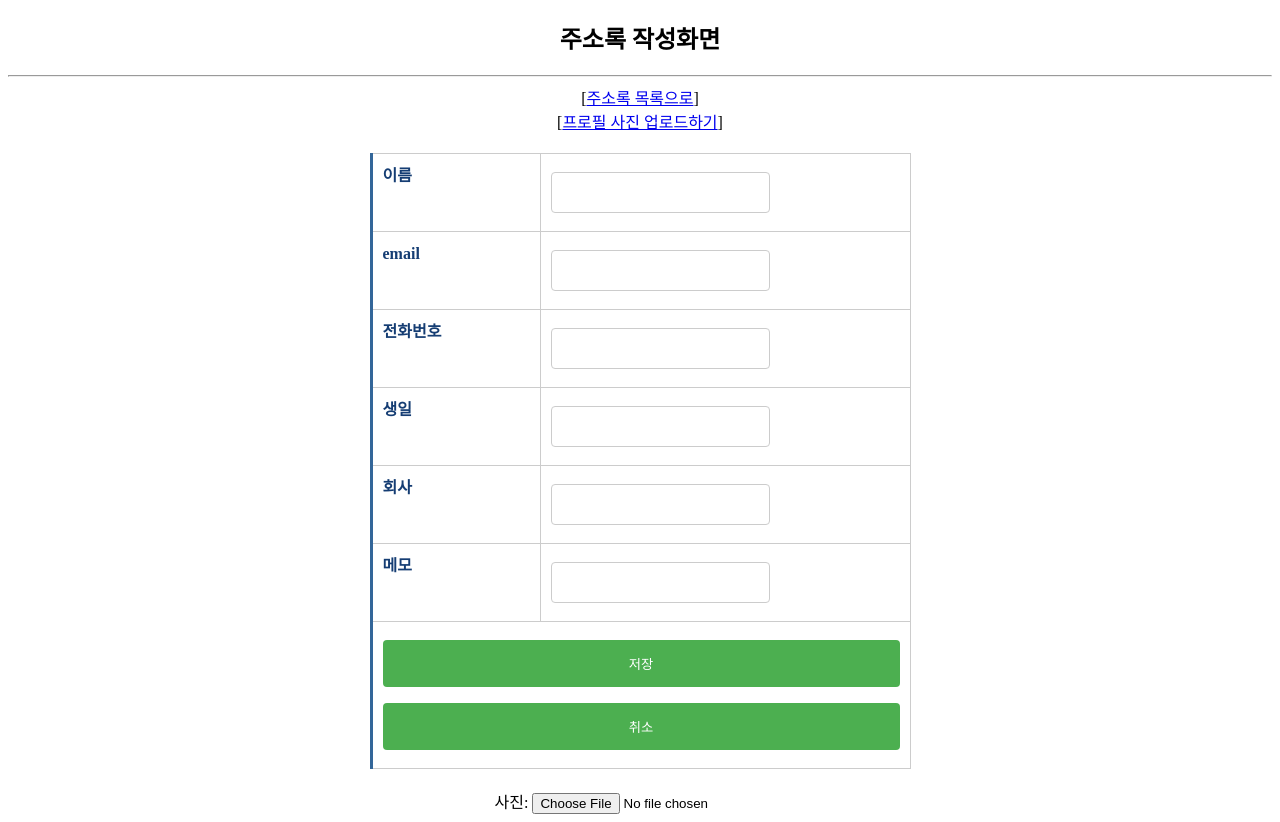
Repository: LeeHyukJe/jsp-bit
Page: http://localhost/jsp2/addrbook/addrbook_form.jsp
The author's editor kept a copy of each file at every save. The page is drawn from the files as they stood at one save, then again after the next save.
The browser window is 1280 px wide. The pictures show the whole page.
The page is served by Tomcat 9.

Above is the page before, as saved 2017-09-20 05:41:01.

After the next save:
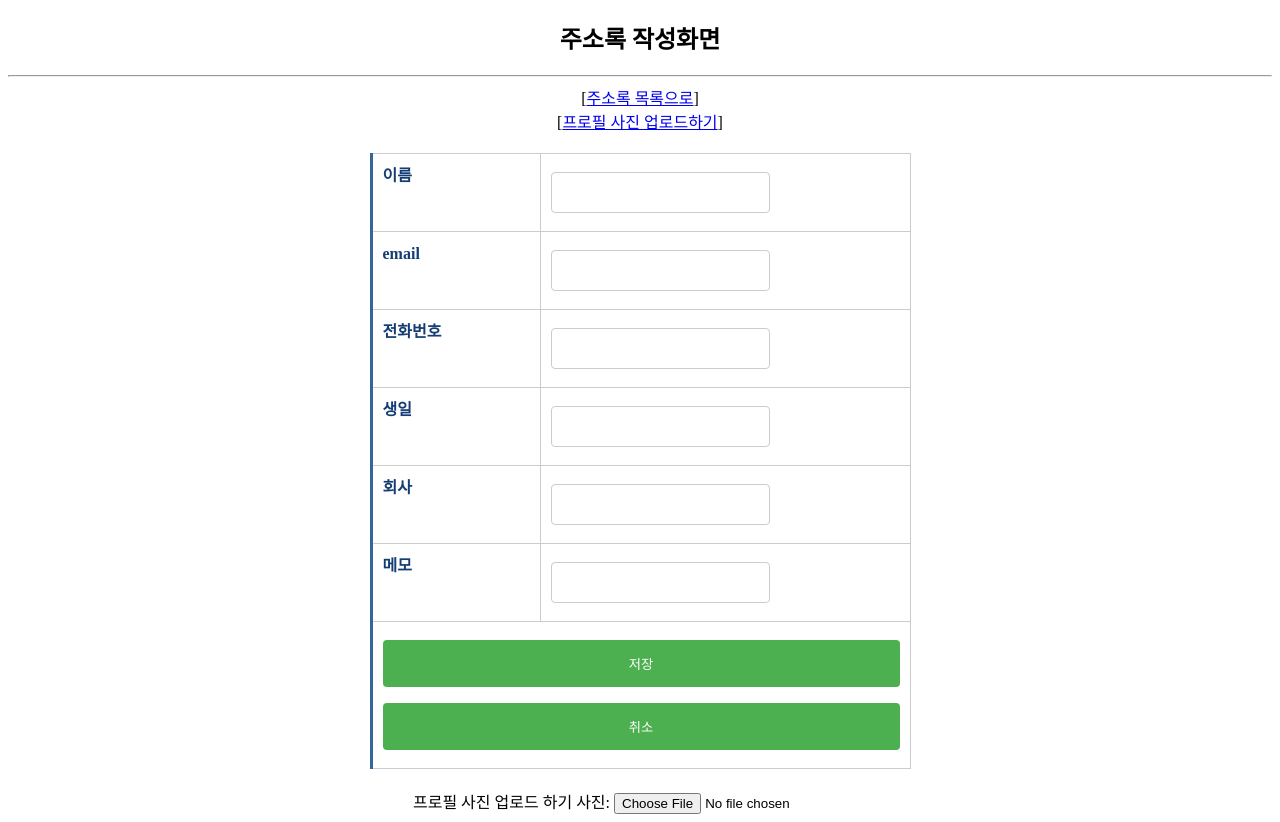
Saved 59 s later.
--- a/jsp2/WebContent/addrbook/addrbook_form.jsp
+++ b/jsp2/WebContent/addrbook/addrbook_form.jsp
@@ -52,6 +52,7 @@
                     <input type="reset" value="취소"></td>
             </tr>
         </table>
+        	프로필 사진 업로드 하기
         	사진:	<input type="file" value="업로드">
     </form>
 </div>
